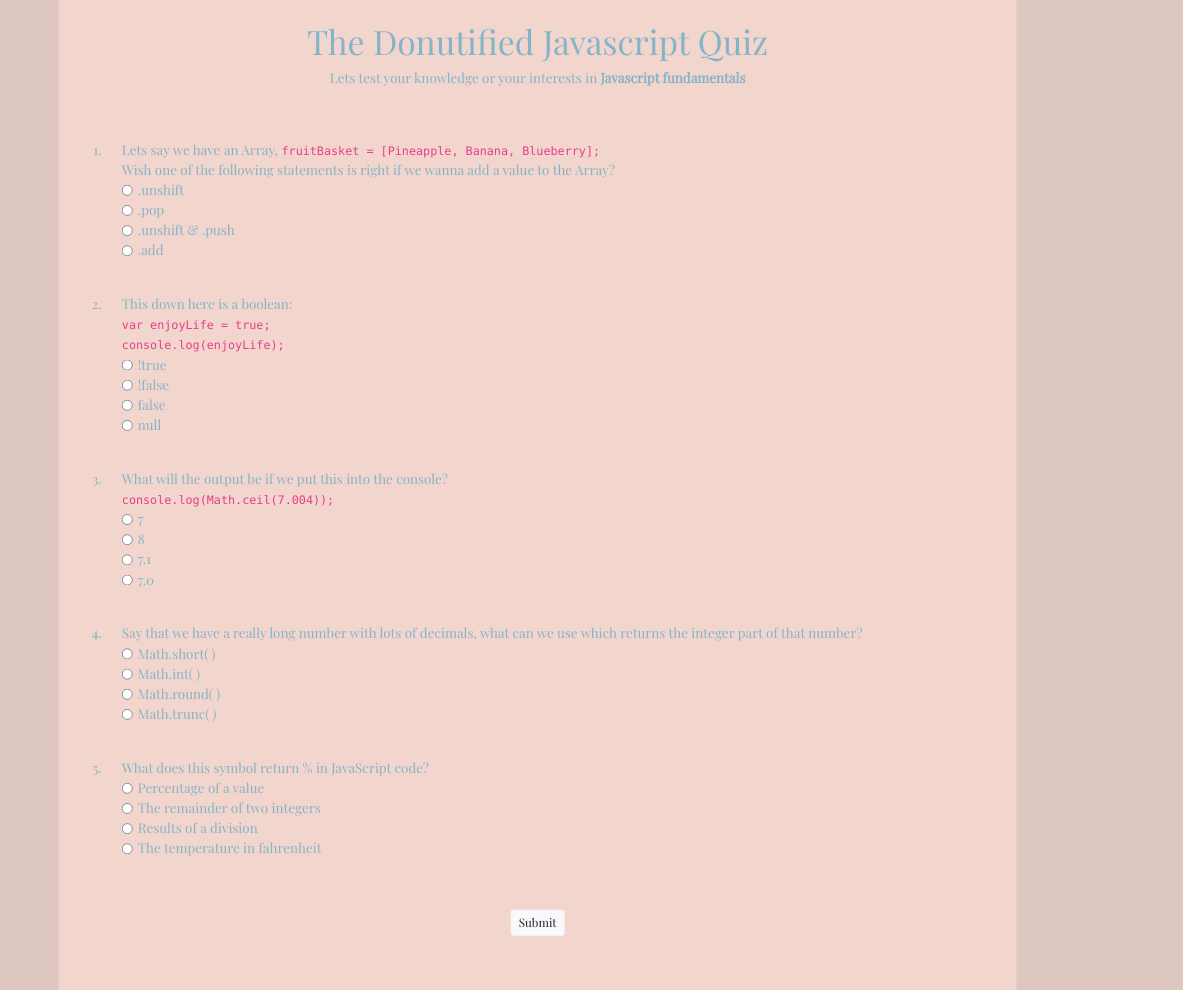
Repository: CharlotteAneriksson/donutQuiz
Page: index.html
The author's editor kept a record of every edit. The page is drawn from the files as they stood at one moment, then again after the next edit.
The browser window is 1280 px wide. The page is 1408 px wide, so the pictures cover 1408 px, including what lies to the right of the window. The pictures show the whole page, at 84% of full size.

Above is the page before.

### index.html
<!DOCTYPE html>
<html lang="en">
<head>
    <meta charset="UTF-8">
    <meta name="viewport" content="width=device-width, initial-scale=1.0">
    <meta http-equiv="X-UA-Compatible" content="ie=edge">
    <title>JavaScript Quiz</title>

    <link href="https://fonts.googleapis.com/css?family=Playfair+Display&display=swap" rel="stylesheet">
    <link rel="stylesheet" href="https://stackpath.bootstrapcdn.com/bootstrap/4.3.1/css/bootstrap.min.css" type="text/css" />
    <link rel="stylesheet" href="css/style.css" type="text/css" >
    <script type="text/javascript" src="scripts/main.js"></script>
</head>
<body>
    <div class="container text-center">
        <header>
            <h1 class="text-capitalize">the donutified javascript quiz</h1>
            <p>Lets test your knowledge or your interests in <strong>Javascript fundamentals</strong></p>
        </header>

        <section class="questions">
            <form id="quiz" name="quiz">
                <ol>
                    <li>
                        Lets say we have an Array, <code>fruitBasket = [Pineapple, Banana, Blueberry];</code><br />
                        Wish one of the following statements is right if we wanna add a value to the Array?<br />

                        <input type="radio" id="multiAnswere" name="question1" value="unshift"/><span>.unshift</span><br />
                        <input type="radio" id="multiAnswere" name="question1" value="pop"/><span>.pop</span><br />
                        <input type="radio" id="multiAnswere" name="question1" value="unshiftPush"/><span>.unshift & .push</span><br />
                        <input type="radio" id="multiAnswere" name="question1" value="add"/><span>.add</span><br />
                    </li>
                    <li>
                        This down here is a boolean: <br />
                        <code>var enjoyLife = true;</code><br />
                        <code>console.log(enjoyLife);</code><br />

                        <input type="radio" id="multiAnswere" name="question2" value="!true"/><span>!true</span><br />
                        <input type="radio" id="multiAnswere" name="question2" value="!false"/><span>!false</span><br />
                        <input type="radio" id="multiAnswere" name="question2" value="false"/><span>false</span><br />
                        <input type="radio" id="multiAnswere" name="question2" value="null"/><span>null</span><br />
                    </li>
                    <li>
                        What will the output be if we put this into the console?<br />
                        <code>console.log(Math.ceil(7.004));</code><br />

                       <input type="radio" id="multiAnswere" name="question3" value="7"/><span>7</span><br />
                       <input type="radio" id="multiAnswere" name="question3" value="8"/><span>8</span><br />
                       <input type="radio" id="multiAnswere" name="question3" value="7.1"/><span>7.1</span><br />
                       <input type="radio" id="multiAnswere" name="question3" value="7.0"/><span>7.0</span><br />
                    </li>
                    <li>
                        Say that we have a really long number with lots of decimals, what can we use which returns the integer part of that number?<br />

                       <input type="radio" id="multiAnswere" name="question4" value="short"/><span>Math.short&#40; &#41;</span><br />
                       <input type="radio" id="multiAnswere" name="question4" value="int"/><span>Math.int&#40; &#41;</span><br />
                       <input type="radio" id="multiAnswere" name="question4" value="round"/><span>Math.round&#40; &#41;</span><br />
                       <input type="radio" id="multiAnswere" name="question4" value="trunc"/><span>Math.trunc&#40; &#41;</span><br />
                    </li>
                    <li>
                        What does this symbol return &#37; in JavaScript code?<br />

                       <input type="radio" id="multiAnswere" name="question5" value="percentage"/><span></span>Percentage of a value</span><br />
                       <input type="radio" id="multiAnswere" name="question5" value="remainder"/><span></span>The remainder of two integers</span><br />
                       <input type="radio" id="multiAnswere" name="question5" value="division"/><span></span>Results of a division</span><br />
                       <input type="radio" id="multiAnswere" name="question5" value="fahrenheit"/><span></span>The temperature in fahrenheit</span><br />
                    </li>
                </ol>

                <button type="button" id="submit" class="btn btn-light btn-sm" onclick="check();">Submit</button>


            </form>
            <div id="submit-results">
                <p id="correct-score"></p>
                <p id="messege"></p>
                <img id="score-in-donuts">
            </div>


        </section>
    </div>
</body>
</html>

### css/style.css
body{
    margin: 0;
    padding: 0;
    width:100%;
    background-color:#dfc7c1;
    font-family: 'Playfair Display', sans-serif ;
}
header{
    padding:25px;
}
.container{
    width:90%;
    margin: 0 auto;
    background-color:#f2d5cd;
    color:#84b4c8;
}
    /*     QUESTION FORM    */
form ol{
    /*color:#619196;*/
}
 /* Get the questionlist to float left */
ol li input, ol li span{
    float:left;
}
 /* Align the radiobutton with the answere */
ol li input{
    margin:6px 6px 0 0;
}
 /* Give each question some space */
ol li{
    text-align:left;
    padding:20px;
}

#submit{
    margin:25px 0 25px 0;
}
#submit-results{
    visibility: hidden;
    position: relative;
    bottom: 238px;
    left: 213px;
}

### scripts/main.js
function check(){

   var question1 = document.quiz.question1.value;
   var question2 = document.quiz.question2.value;
   var question3 = document.quiz.question3.value;
   var question4 = document.quiz.question4.value;
   var question5 = document.quiz.question5.value;
   var correct = 0;

        if (question1 == "unshiftPush"){
       correct++;
    }
        if (question2 == "!false"){
       correct++;
    }
        if (question3 == "8"){
            correct++;
    }
        if (question4 == "trunc"){
            correct++;
    }
        if (question5 == "remainder"){
            correct++;
        }

   var messege = ["Great, you got them all!", "Almost there!", "You did okey...", "Oh come on, did you even try?"];
   var donuts = ["img/0-5.png", "img/1-5.png", "img/2-5.png", "img/3-5.png", "img/4-5.png", "img/5-5.png"];
   var score;

        if (correct <= 2) {
            score = 3;
        }
        if (correct == 3){
            score = 2;
        }
        if (correct == 4){
            score = 1;
        }
        if (correct == 5){
            score = 0;
        }

    document.getElementById("submit-results").style.visibility = "visible";

    document.getElementById("messege").innerHTML = messege[score];
    document.getElementById("correct-score").innerHTML = `You got ${correct} correct answers.`;
    document.getElementById("score-in-donuts").src = donuts[correct];



}

After the next edit:
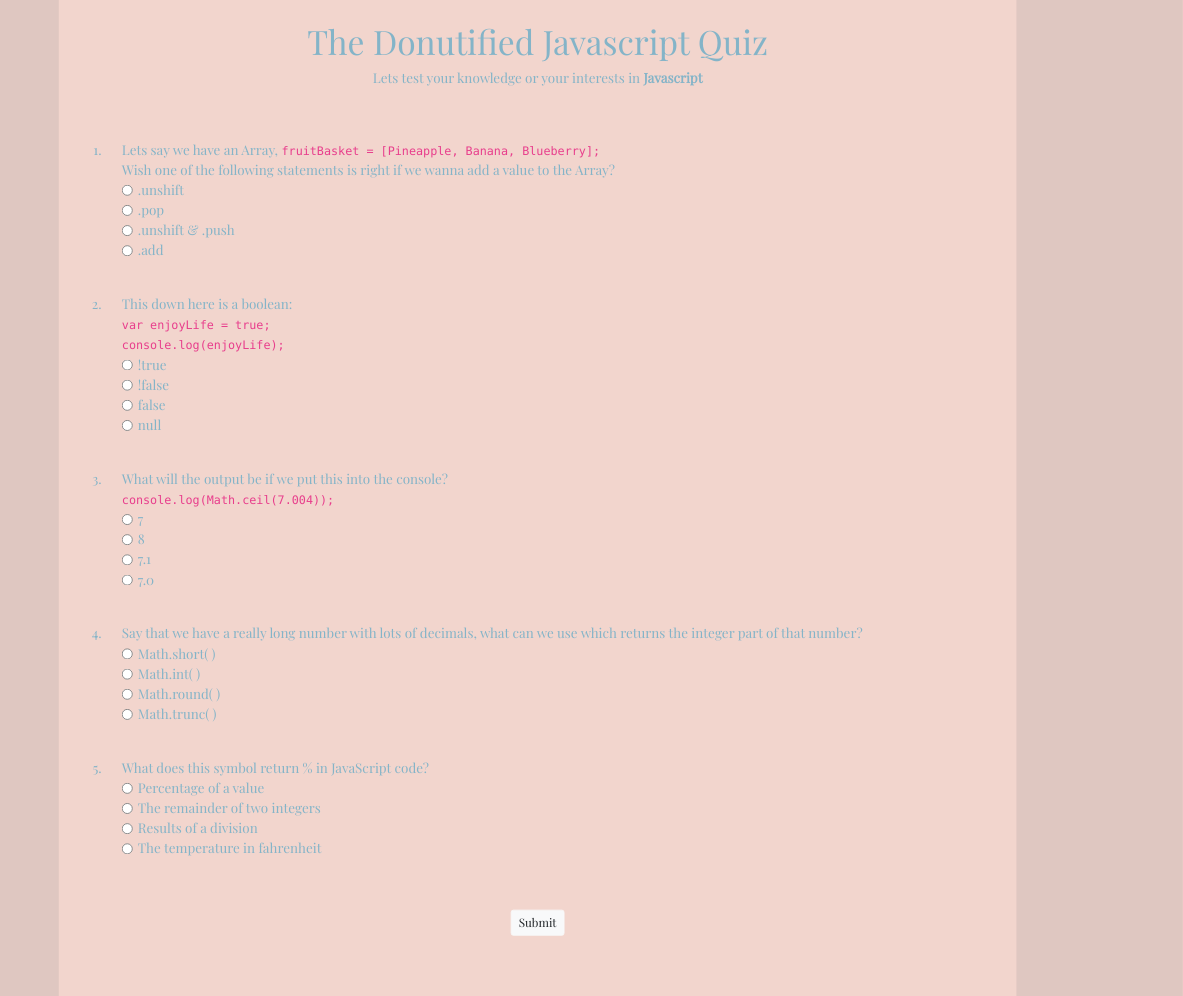
The edit:
--- a/index.html
+++ b/index.html
@@ -15,7 +15,7 @@
     <div class="container text-center">
         <header>
             <h1 class="text-capitalize">the donutified javascript quiz</h1>
-            <p>Lets test your knowledge or your interests in <strong>Javascript fundamentals</strong></p>
+            <p>Lets test your knowledge or your interests in <strong>Javascript</strong></p>
         </header>
 
         <section class="questions">
@@ -75,6 +75,7 @@
                 <p id="correct-score"></p>
                 <p id="messege"></p>
                 <img id="score-in-donuts">
+                <button type="button" id="startOver" class="btn btn-light btn-sm" onclick="window.location.href='index.html'">Start over!</button>
             </div>
 
 
